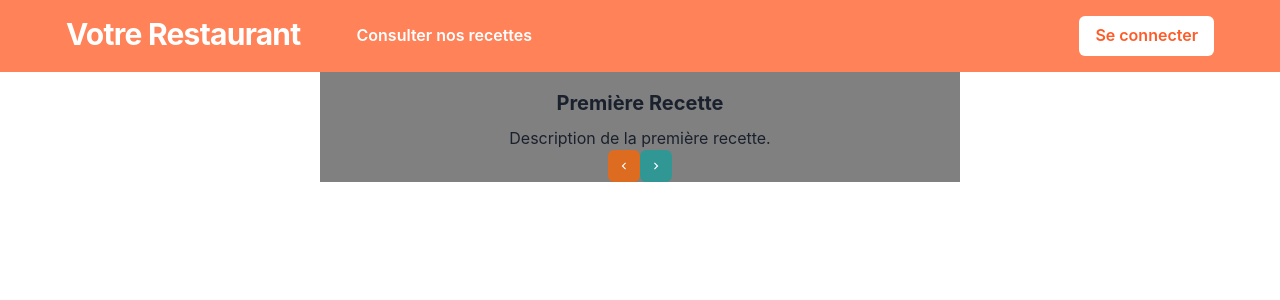
Repository: Ecaron76/tp-restau-next
Page: /
These files come from the project's save history. The page is drawn as it stood at one moment and after a run of saves; the edit follows.
The browser window is 1280 px wide. The pictures show the whole page.
The project was rebuilt for these pictures with package versions that can differ from the ones it lists, and the page was loaded fresh each time. The framework's server and built-in components were replaced by stand-ins that run in the browser. Also part of the build but not shown: next.config.mjs.

Above is the page before, as saved 2024-02-25 18:49:20.

After the next 2 saves:
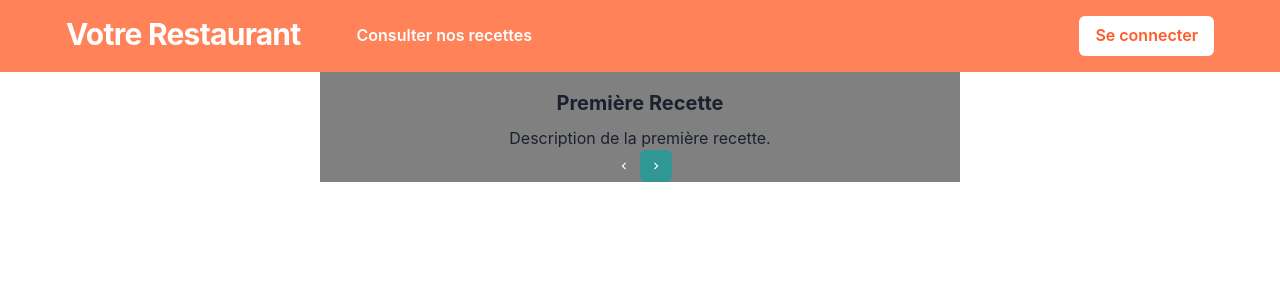
The 2 saves are shown as one change because they came seconds apart.
The last was saved 12 s later.
--- a/src/components/SliderResto/SliderResto.tsx
+++ b/src/components/SliderResto/SliderResto.tsx
@@ -29,7 +29,7 @@
         <IconButton
           onClick={goToPrevSlide}
           icon={<ChevronLeftIcon />}
-          colorScheme="orange"
+          colorScheme="brand.300"
           size="sm"
           aria-label="Précédent"
         />

After the save that followed:
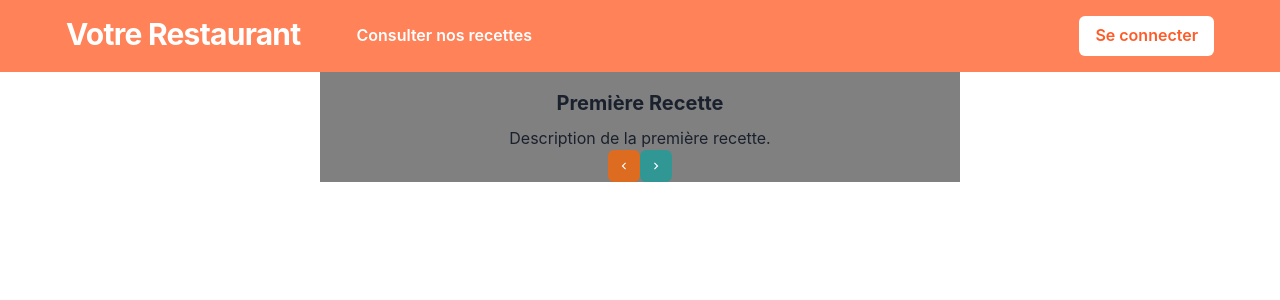
Saved 5 s later.
--- a/src/components/SliderResto/SliderResto.tsx
+++ b/src/components/SliderResto/SliderResto.tsx
@@ -29,7 +29,7 @@
         <IconButton
           onClick={goToPrevSlide}
           icon={<ChevronLeftIcon />}
-          colorScheme="brand.300"
+          colorScheme="orange"
           size="sm"
           aria-label="Précédent"
         />
